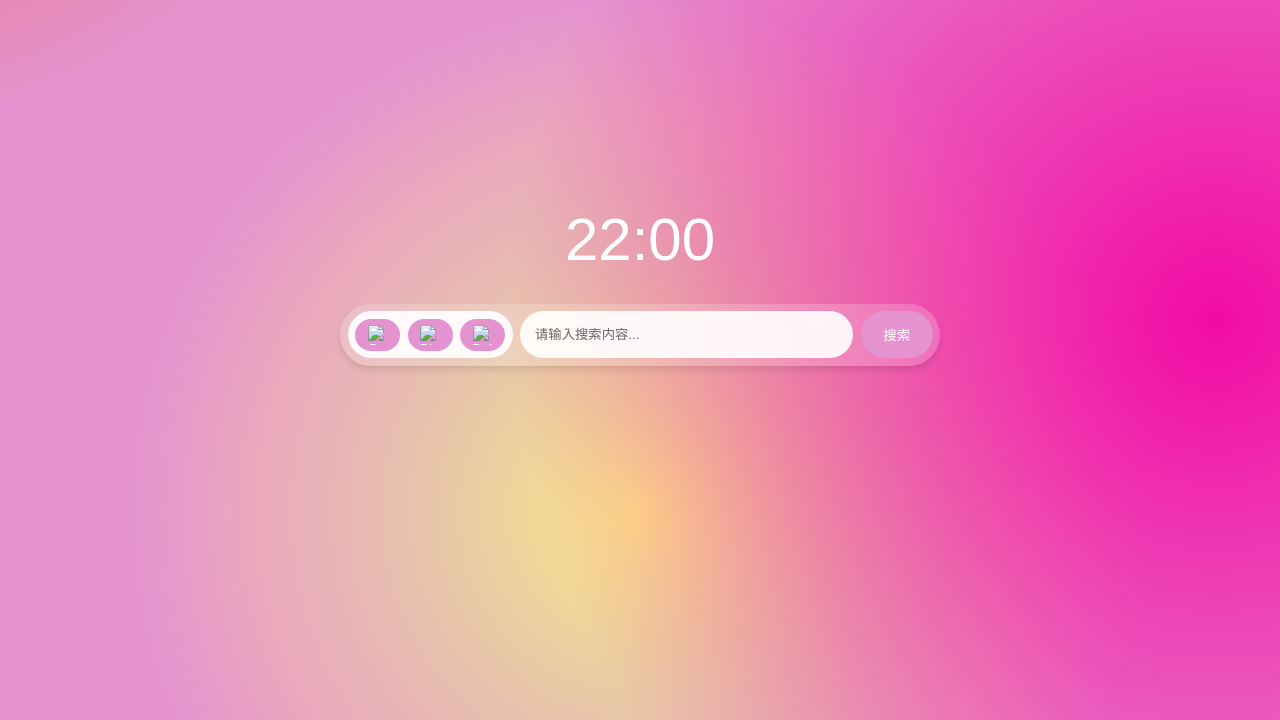
Repository: RADEKWRLD/NaviR
Page: index.html
These files come from the project's save history. The page is drawn as it stood at one moment and after the next save; the edit follows.
The browser window is 1280 px wide. The pictures show the whole page.

Above is the page before, as saved 2025-05-23 22:19:18.
Console error: TypeError: Cannot read properties of null (reading 'appendChild')

### index.html
<!DOCTYPE html>
<html lang="en">
<head>
    <meta charset="UTF-8">
    <meta name="viewport" content="width=device-width, initial-scale=1.0">
    <title>Document</title>
    <link rel="stylesheet" href="style.css">
</head>
<body>
    <div id="main">
        <div id="clock"><span>00:00</span></div>

        <div class="search-container">
            <form id="search-form">
                <div class="search-engines">
                    <button type="button" class="engine-btn active" data-engine="google">
                        <img src="https://www.google.com/favicon.ico" alt="Google">
                    </button>
                    <button type="button" class="engine-btn" data-engine="bing">
                        <img src="https://www.bing.com/favicon.ico" alt="Bing">
                    </button>
                    <button type="button" class="engine-btn" data-engine="baidu">
                        <img src="https://www.baidu.com/favicon.ico" alt="Baidu">
                    </button>
                </div>
                <input type="text" id="search-input" placeholder="请输入搜索内容...">
                <button type="submit">搜索</button>
            </form>
        </div>
    </div>




    <script src="main/script.js"></script>
</body>
</html>

### style.css
:root {
    font-size: 15px;
}

body {
    font-family: 'Quicksand', sans-serif;
    margin: 0;
    min-height: 100vh;
    background-color: #e493d0;
    background-image:
        radial-gradient(closest-side, rgba(235, 105, 78, 1), rgba(235, 105, 78, 0)),
        radial-gradient(closest-side, rgba(243, 11, 164, 1), rgba(243, 11, 164, 0)),
        radial-gradient(closest-side, rgba(254, 234, 131, 1), rgba(254, 234, 131, 0)),
        radial-gradient(closest-side, rgba(170, 142, 245, 1), rgba(170, 142, 245, 0)),
        radial-gradient(closest-side, rgba(248, 192, 147, 1), rgba(248, 192, 147, 0));
    background-size:
        130vmax 130vmax,
        80vmax 80vmax,
        90vmax 90vmax,
        110vmax 110vmax,
        90vmax 90vmax;
    background-position:
        -80vmax -80vmax,
        60vmax -30vmax,
        10vmax 10vmax,
        -30vmax -10vmax,
        50vmax 50vmax;
    background-repeat: no-repeat;
    animation: 10s movement linear infinite;
}

@keyframes movement {
    0%, 100% {
        background-size:
            130vmax 130vmax,
            80vmax 80vmax,
            90vmax 90vmax,
            110vmax 110vmax,
            90vmax 90vmax;
        background-position:
            -80vmax -80vmax,
            60vmax -30vmax,
            10vmax 10vmax,
            -30vmax -10vmax,
            50vmax 50vmax;
    }
    25% {
        background-size:
            100vmax 100vmax,
            90vmax 90vmax,
            100vmax 100vmax,
            90vmax 90vmax,
            60vmax 60vmax;
        background-position:
            -60vmax -90vmax,
            50vmax -40vmax,
            0vmax -20vmax,
            -40vmax -20vmax,
            40vmax 60vmax;
    }
    50% {
        background-size:
            80vmax 80vmax,
            110vmax 110vmax,
            80vmax 80vmax,
            60vmax 60vmax,
            80vmax 80vmax;
        background-position:
            -50vmax -70vmax,
            40vmax -30vmax,
            10vmax 0vmax,
            20vmax 10vmax,
            30vmax 70vmax;
    }
    75% {
        background-size:
            90vmax 90vmax,
            90vmax 90vmax,
            100vmax 100vmax,
            90vmax 90vmax,
            70vmax 70vmax;
        background-position:
            -50vmax -40vmax,
            50vmax -30vmax,
            20vmax 0vmax,
            -10vmax 10vmax,
            40vmax 60vmax;
    }
}

#main{
    transition: all 0.3s ease;
    transform: translateY(-5rem);
    display: flex;
    flex-direction: column;
    align-items: center;
    justify-content: center;
    height: 100vh;
}

#clock{
    font-size: 4rem;
    color: #fff;
}

.search-container {
    margin-top: 2rem;
    width: 100%;
    max-width: 600px;
    padding: 0 1rem;
}

.search-engines {
    display: flex;
    gap: 0.5rem;
    padding: 0.5rem;
    background: rgba(255, 255, 255, 0.9);
    border-radius: 25px;
}

.engine-btn {
    width: 32px;
    height: 32px;
    padding: 0;
    border: none;
    border-radius: 50%;
    background: transparent;
    cursor: pointer;
    transition: transform 0.2s ease;
    display: flex;
    align-items: center;
    justify-content: center;
}

.engine-btn img {
    width: 20px;
    height: 20px;
    object-fit: contain;
}

.engine-btn:hover {
    transform: scale(1.1);
}

.engine-btn.active {
    background: rgba(228, 147, 208, 0.2);
}

#search-form {
    display: flex;
    gap: 0.5rem;
    background: rgba(255, 255, 255, 0.2);
    padding: 0.5rem;
    border-radius: 50px;
    backdrop-filter: blur(10px);
    box-shadow: 0 4px 6px rgba(0, 0, 0, 0.1);
}

#search-input {
    flex: 1;
    padding: 0.5rem 1rem;
    border: none;
    border-radius: 25px;
    background: rgba(255, 255, 255, 0.9);
    color: #333;
    font-family: 'Quicksand', sans-serif;
    outline: none;
}

#search-input::placeholder {
    color: #666;
}

#search-form button {
    padding: 0.5rem 1.5rem;
    border: none;
    border-radius: 25px;
    background: #e493d0;
    color: white;
    font-family: 'Quicksand', sans-serif;
    cursor: pointer;
    transition: background-color 0.3s ease;
}

#search-form button:hover {
    background: #d17dbd;
}

### main/script.js
//更新时间
function updateTime() {
    const now = new Date();
    const hours = String(now.getHours()).padStart(2, '0');
    const minutes = String(now.getMinutes()).padStart(2, '0');
    const timeString = `${hours}:${minutes}`;
    document.getElementById('clock').textContent = timeString;
}

// 搜索引擎配置
const searchEngines = {
    google: {
        name: 'Google',
        url: 'https://www.google.com/search?q='
    },
    bing: {
        name: 'Bing',
        url: 'https://www.bing.com/search?q='
    },
    baidu: {
        name: '百度',
        url: 'https://www.baidu.com/s?wd='
    },
    bingcn: {
        name: '必应中国',
        url: 'https://cn.bing.com/search?q='
    },
    github: {
        name: 'GitHub',
        url: 'https://github.com/search?q='
    },
    zhihu: {
        name: '知乎',
        url: 'https://www.zhihu.com/search?q='
    }
};

// 初始化搜索功能
function initSearch() {
    const searchForm = document.getElementById('search-form');
    const searchInput = document.getElementById('search-input');
    const searchEngine = document.getElementById('search-engine');

    // 动态添加搜索引擎选项
    for (const [key, engine] of Object.entries(searchEngines)) {
        const option = document.createElement('option');
        option.value = key;
        option.textContent = engine.name;
        searchEngine.appendChild(option);
    }

    searchForm.addEventListener('submit', function(e) {
        e.preventDefault();
        const searchTerm = searchInput.value.trim();
        if (searchTerm) {
            const engine = searchEngine.value;
            const searchUrl = searchEngines[engine].url + encodeURIComponent(searchTerm);
            window.location.href = searchUrl;
        }
    });
}





function init() {
    updateTime();
    setInterval(updateTime, 1000);
    // 搜索框事件监听
    initSearch();
}
init();

After the next save:
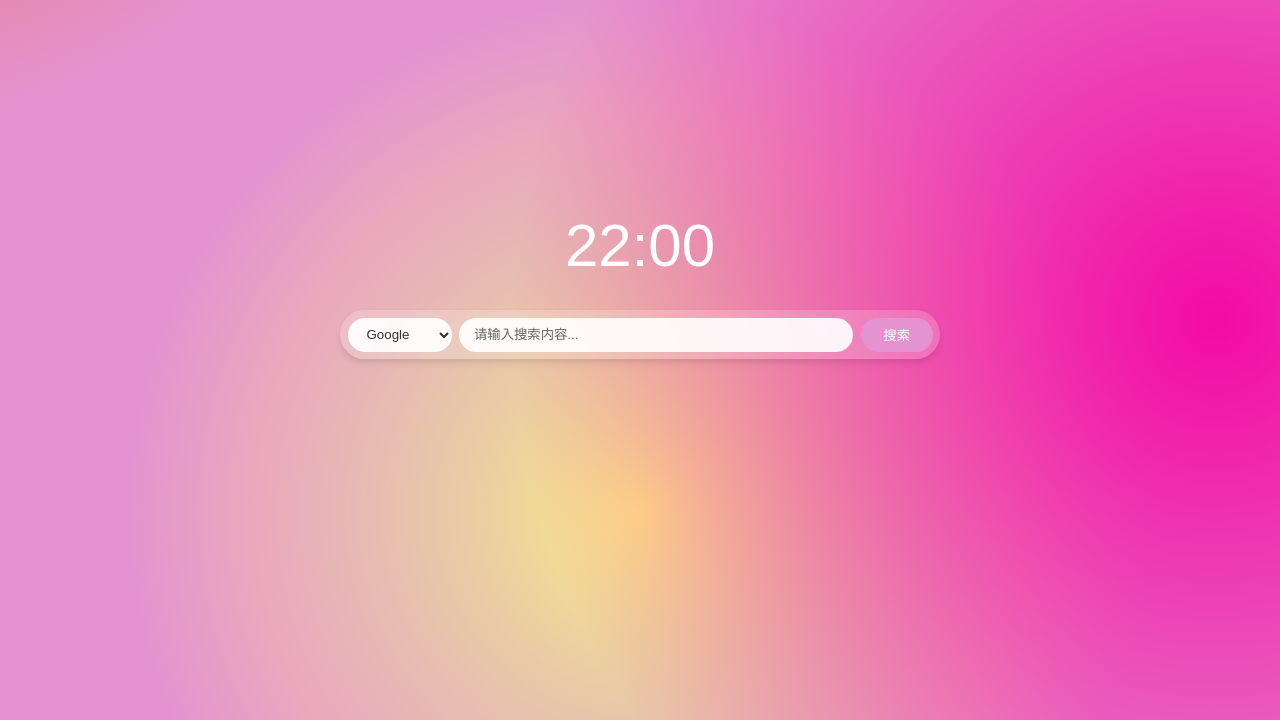
The error is gone.
Saved 7 s later.
--- a/index.html
+++ b/index.html
@@ -12,17 +12,8 @@
 
         <div class="search-container">
             <form id="search-form">
-                <div class="search-engines">
-                    <button type="button" class="engine-btn active" data-engine="google">
-                        <img src="https://www.google.com/favicon.ico" alt="Google">
-                    </button>
-                    <button type="button" class="engine-btn" data-engine="bing">
-                        <img src="https://www.bing.com/favicon.ico" alt="Bing">
-                    </button>
-                    <button type="button" class="engine-btn" data-engine="baidu">
-                        <img src="https://www.baidu.com/favicon.ico" alt="Baidu">
-                    </button>
-                </div>
+                <select id="search-engine" class="search-engine">
+                </select>
                 <input type="text" id="search-input" placeholder="请输入搜索内容...">
                 <button type="submit">搜索</button>
             </form>
--- a/style.css
+++ b/style.css
@@ -110,42 +110,6 @@ body {
     padding: 0 1rem;
 }
 
-.search-engines {
-    display: flex;
-    gap: 0.5rem;
-    padding: 0.5rem;
-    background: rgba(255, 255, 255, 0.9);
-    border-radius: 25px;
-}
-
-.engine-btn {
-    width: 32px;
-    height: 32px;
-    padding: 0;
-    border: none;
-    border-radius: 50%;
-    background: transparent;
-    cursor: pointer;
-    transition: transform 0.2s ease;
-    display: flex;
-    align-items: center;
-    justify-content: center;
-}
-
-.engine-btn img {
-    width: 20px;
-    height: 20px;
-    object-fit: contain;
-}
-
-.engine-btn:hover {
-    transform: scale(1.1);
-}
-
-.engine-btn.active {
-    background: rgba(228, 147, 208, 0.2);
-}
-
 #search-form {
     display: flex;
     gap: 0.5rem;
@@ -154,6 +118,17 @@ body {
     border-radius: 50px;
     backdrop-filter: blur(10px);
     box-shadow: 0 4px 6px rgba(0, 0, 0, 0.1);
+}
+
+.search-engine {
+    padding: 0.5rem 1rem;
+    border: none;
+    border-radius: 25px;
+    background: rgba(255, 255, 255, 0.9);
+    color: #333;
+    font-family: 'Quicksand', sans-serif;
+    cursor: pointer;
+    outline: none;
 }
 
 #search-input {
